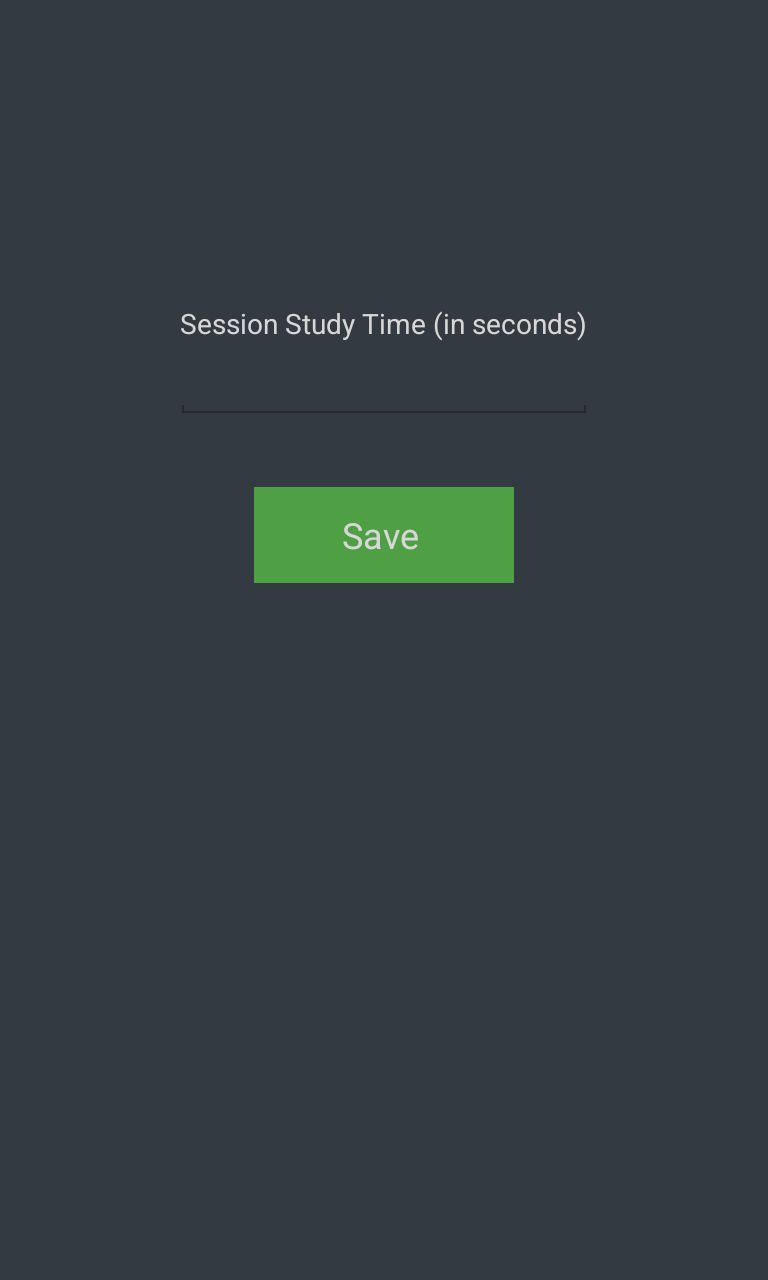
Repository: kishukismat/flashbuddy
Layout: FlashBuddy/res/layout/session_timer.xml
The author's editor kept a copy of each file at every save. The layout is drawn from the files as they stood at one save, then again after the next save.
It is drawn on a 768 x 1280 px phone screen (xhdpi) without system bars, with theme AppTheme; the app's code is not run.

Above is the layout before, as saved 2014-05-10 16:50:43.

### FlashBuddy/res/layout/session_timer.xml
<RelativeLayout xmlns:android="http://schemas.android.com/apk/res/android"
    xmlns:tools="http://schemas.android.com/tools"
    android:layout_width="match_parent"
    android:layout_height="match_parent"
    android:background="@color/darkblue"
    android:paddingBottom="@dimen/activity_vertical_margin"
    android:paddingLeft="@dimen/activity_horizontal_margin"
    android:paddingRight="@dimen/activity_horizontal_margin"
    android:paddingTop="@dimen/activity_vertical_margin"
    tools:context=".FlashBuddyEditDeckActivity" >

    <EditText
        android:id="@+id/timerEntry"
        android:layout_width="wrap_content"
        android:layout_height="wrap_content"
        android:layout_below="@+id/timerView"
        android:layout_centerHorizontal="true"
        android:ems="10"
        android:inputType="textMultiLine"
        android:textColor="@color/gray" />

    <TextView
        android:id="@+id/timerView"
        android:layout_width="wrap_content"
        android:layout_height="wrap_content"
        android:layout_alignParentTop="true"
        android:layout_centerHorizontal="true"
        android:layout_marginTop="136dp"
        android:text="@string/timerPrompt"
        android:textColor="@color/gray" />

    <Button
        android:id="@+id/doneButton"
        android:layout_width="130dp"
        android:layout_height="wrap_content"
        android:layout_below="@+id/timerEntry"
        android:layout_centerHorizontal="true"
        android:layout_marginTop="33dp"
        android:background="@color/green"
        android:onClick="onClickWriteCard"
        android:text="Save "
        android:textColor="@color/gray" />

</RelativeLayout>

### FlashBuddy/res/values/strings.xml
<?xml version="1.0" encoding="utf-8"?>
<resources>

    <string name="app_name">FlashBuddy</string>
    <string name="next_button_text">Next</string>
    <string name="done_button_text">Done</string>
    <string name="question_title_text">Question</string>
    <string name="answer_title_text">Answer</string>
    <string name="show_answer_text">Show Answer</string>
    <string name="action_settings">Settings</string>
    <string name="log_in_banner">FlashBuddy</string>
    <string name="username">username</string>
    <string name="newusername">Enter a user name</string>
    <string name="password">password</string>
    <string name="createuser_text">Create an Account!</string>
    <string name="createdeck_text">Create A FlashBuddy Deck</string>
    <string name="deckname">Insert Deck Name</string>
    <string name="decksubject">Insert Deck Subject</string>
    <string name="create_deck">Create Deck</string>
    <string name="share_deck">Share Deck</string>
    <string name="numcards">Number of Cards</string>
    <string name="create_password_1">Enter a password</string>
    <string name="create_password_2">Enter it again</string>
    <string name="log_in">Log In</string>
    <string name="create_new_account">Create New Account</string>
    <string name="view_flash_decks">View Flash Decks</string>
    <string name="create_flash_decks">Create Flash Decks</string>
    <string name="share_flash_decks">Share Flash Decks</string>
    <string name="help_login">Login Help</string>
    <string name="title_activity_flash_buddy_displayed_message">FlashBuddy Message</string>
    <string name="hello_world">Hello world!</string>
    <string name="title_activity_flash_buddy_user">FlashBuddy</string>
    <string name="title_activity_flash_buddy_create_user">FlashBuddyCreateUserActivity</string>
    <string name="title_activity_flash_buddy_study_decks">FlashBuddy Study Decks</string>
    <string name="main_start_studying">Start Studying!</string>
    <string name="main_view_decks">Decks</string>
    <string name="main_help">Help</string>
    <string name="main_logout">Logout</string>
    <string name="main_currentusername">"Currently logged in as: "</string>
    <string name="main_trueUsername"></string>
    <string name="edit_deck_button">Edit Deck</string>
    <string name="create_deck_button">Create Deck</string>
    <string name="delete_deck_button">Delete Deck</string>
    <string name="title_activity_flash_buddy_modify_decks">FlashBuddyModifyDecksActivity</string>
    <string name="loginscreenhelp">Swipe up to see help!</string>
    <string name="loginhelp">To Login\n\n\t1) Enter your username\n\t2) Enter your password\n\nNo Account?\n\n\t1) Select Create New Account\n\nNavigation\n\n\t Swipe up to see help information.\n\t Swipe down to go back.\n</string>
 	<string name="whiteboard">Whiteboard Drawable</string>

    <color name="lightblue">#55606e</color>
    <color name="red">#dd514c</color>
    <color name="darkblue">#343a41</color>
    <color name="green">#4FA044</color>
    <color name="gray">#D7D7D7</color>
    <color name="bluebutton">#7b93af</color>
    <color name="flashbuddymain">#2EC178</color>
    <color name="buttoncolor">#259A60</color>
    <color name="buttongradient">#479C71</color>
    <color name="hint">#C2C2A3</color>
    <color name="Black">#000000</color>
    <color name="white">#FFFFFF</color>
    <color name="ExpandChildBackground">#FFAFABAB</color>
    <color name="ExpandGroupBackground">#FF7C7C7C</color>
    <color name="highlighted_entry">#7A1839</color>
    <color name="transparent">#80000000</color>

    <string name="title_activity_xmlparse">XMLParseActivity</string>
    <string name="title_activity_flash_buddy_create_deck">FlashBuddyCreateDeckActivity</string>
    <string name="study_deck_button">Study Deck</string>
    <string name="title_activity_flash_buddy_exec_study_deck">FlashBuddyExecStudyDeck</string>
    <string name="title_activity_flash_buddy_card_input">FlashBuddyCardInputActivity</string>
    <string name="title_activity_flash_buddy_edit_deck">FlashBuddyEditDeckActivity</string>
    <string name="timer">Timer</string>
    <color name="timerColor">#9D4384</color>
    <string name="timerPrompt">Session Study Time (in seconds)</string>

</resources>

Loaded but not shown: FlashBuddy/res/values/styles.xml (common file); FlashBuddy/res/values-v11/styles.xml (common file); FlashBuddy/res/values-v14/styles.xml (common file); FlashBuddy/res/values/dimens.xml (common file)

After the next save:
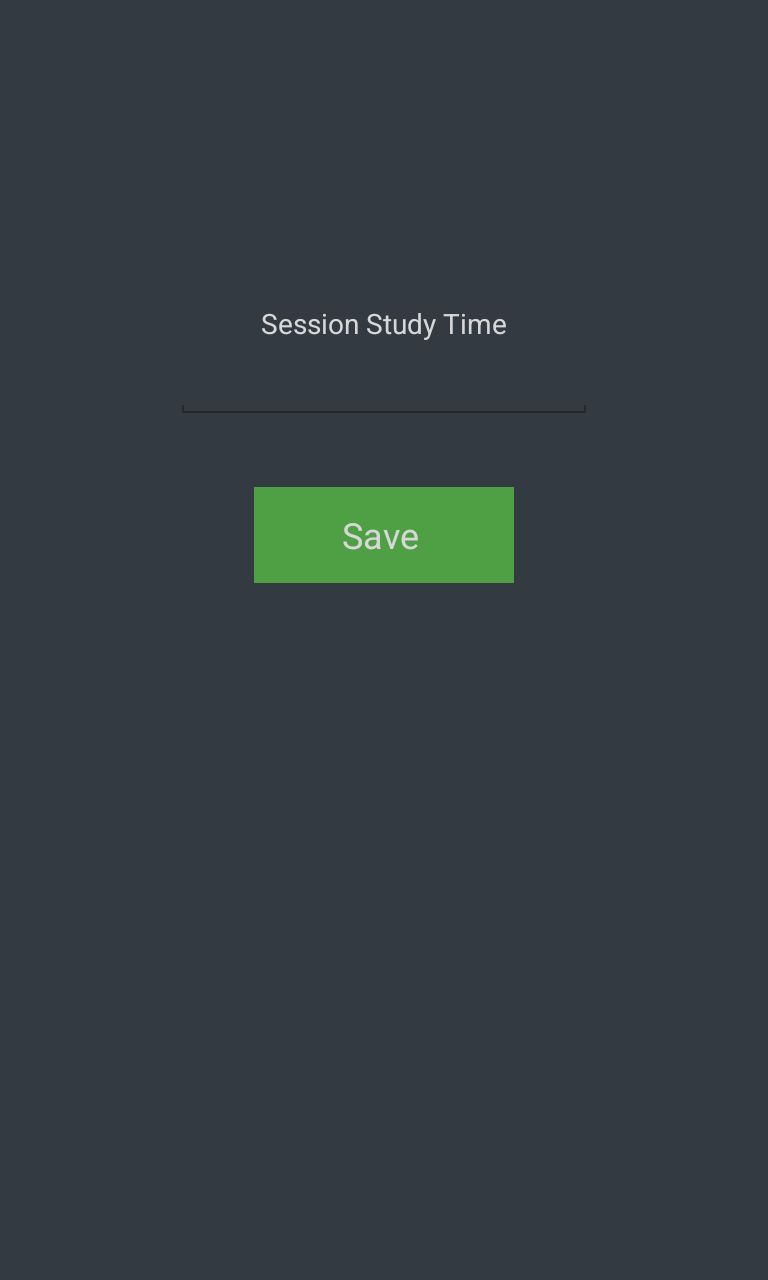
Saved 3 min 44 s later.
--- a/FlashBuddy/res/values/strings.xml
+++ b/FlashBuddy/res/values/strings.xml
@@ -71,6 +71,8 @@
     <string name="title_activity_flash_buddy_edit_deck">FlashBuddyEditDeckActivity</string>
     <string name="timer">Timer</string>
     <color name="timerColor">#9D4384</color>
-    <string name="timerPrompt">Session Study Time (in seconds)</string>
+    <string name="timerPrompt">Session Study Time</string>
+    <string name="minTimer">Minutes</string>
+    <string name="secTimer">Seconds</string>
 
 </resources>
